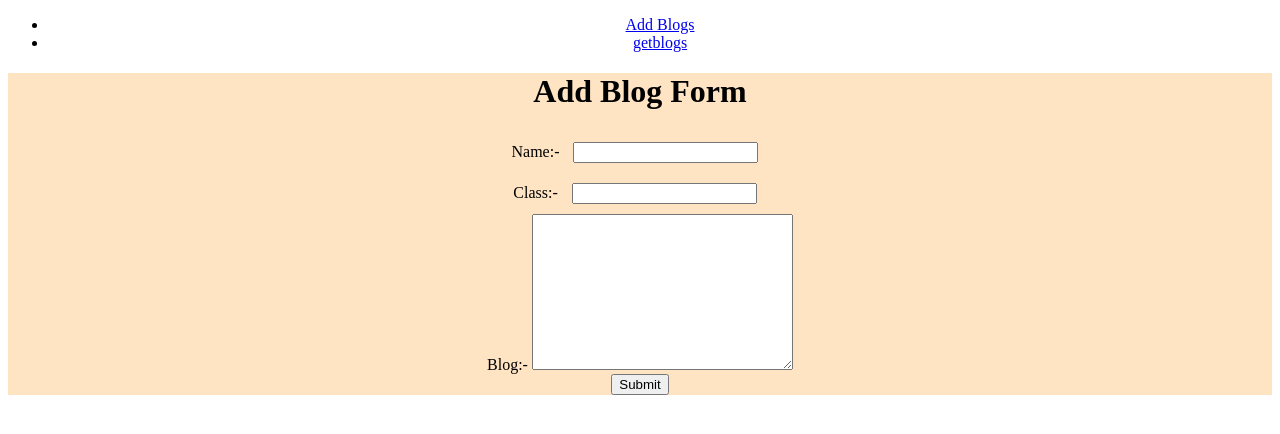
Repository: Sanskriti002/ExpressToDo
Page: public/index.html
The author's editor kept a copy of each file at every save. The page is drawn from the files as they stood at one save, then again after the next save.
The browser window is 1280 px wide. The pictures show the whole page.

Above is the page before, as saved 2024-03-13 11:54:07.

After the next save:
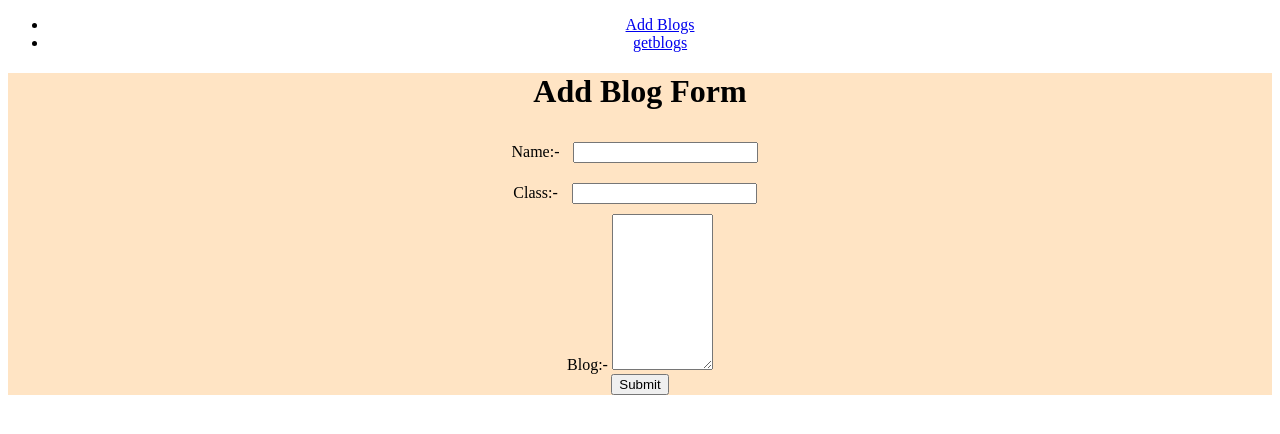
Saved 46 s later.
--- a/public/index.html
+++ b/public/index.html
@@ -28,7 +28,7 @@
         <input type="text" name="Class" id="Class"><br>
 
         <label for="blog">Blog:-</label>
-        <textarea name="blog" id="blog" cols="30" rows="10"></textarea><br>
+        <textarea name="blog" id="blog" cols="10" rows="10"></textarea><br>
 
         <button>Submit</button>
 

After the 2 saves that followed:
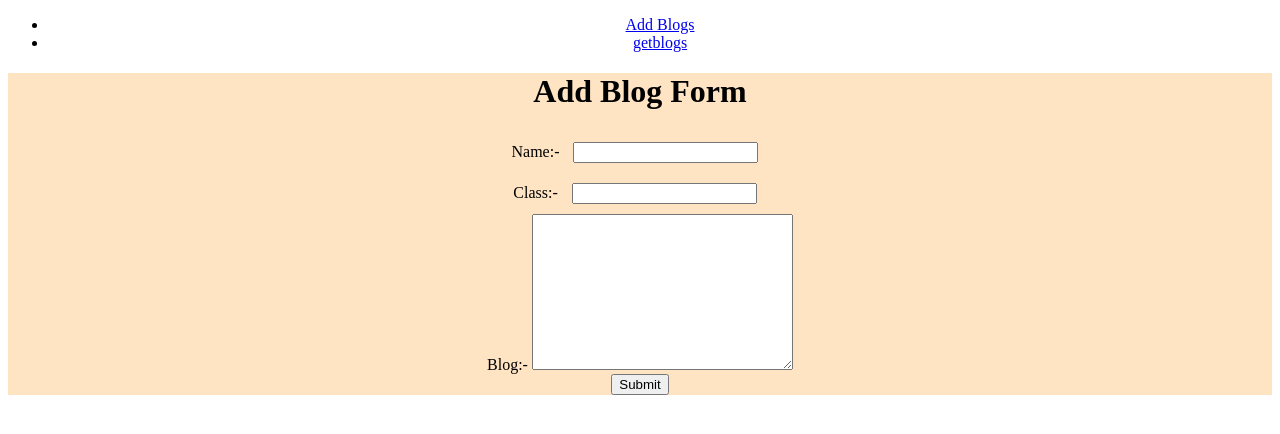
The 2 saves are shown as one change because they came seconds apart.
The last was saved 14 s later.
--- a/public/index.html
+++ b/public/index.html
@@ -28,7 +28,7 @@
         <input type="text" name="Class" id="Class"><br>
 
         <label for="blog">Blog:-</label>
-        <textarea name="blog" id="blog" cols="10" rows="10"></textarea><br>
+        <textarea name="blog" id="blog" cols="30" rows="10"></textarea><br>
 
         <button>Submit</button>
 
